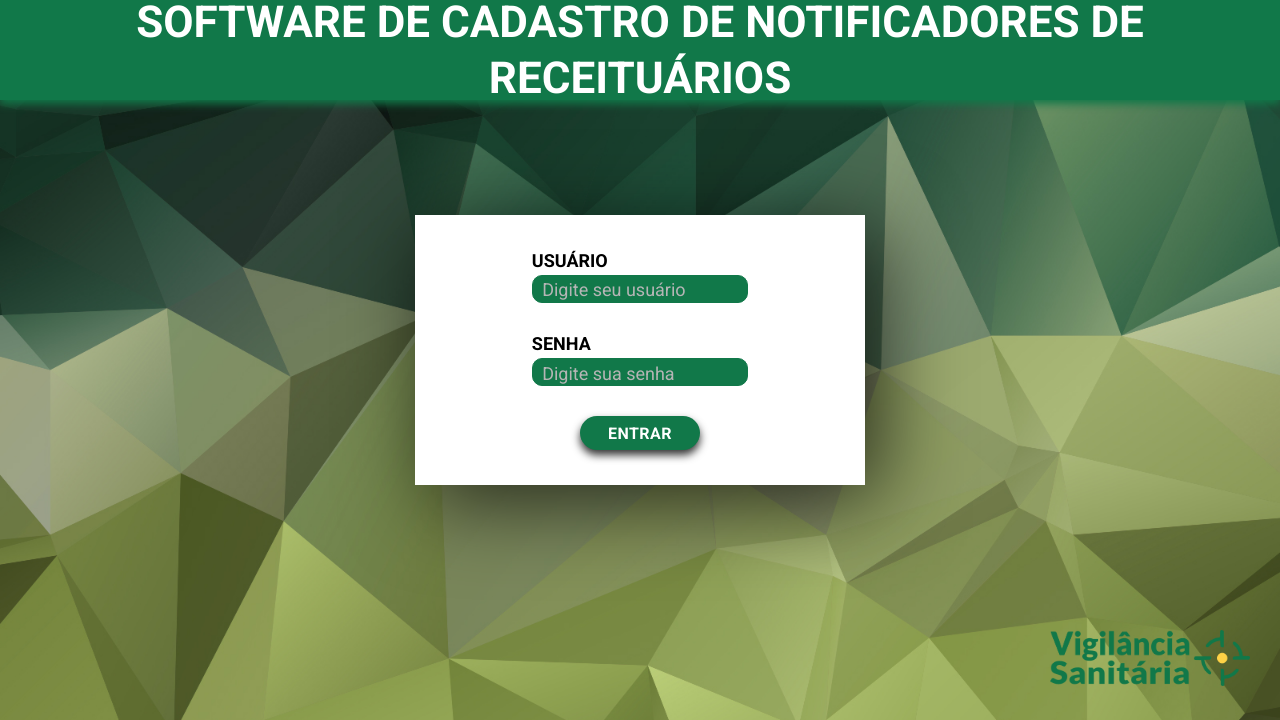
Repository: milena-rosa/web-prescription-notifier
Page: /
These files come from the project's save history. The page is drawn as it stood at one moment and after the next save; the edit follows.
The browser window is 1280 px wide. The pictures show the whole page.
The project was rebuilt for these pictures with package versions that can differ from the ones it lists, and the page was loaded fresh each time. Also part of the build but not shown: src/pages/Home/styles.ts, src/pages/Home/index.tsx.

Above is the page before, as saved 2021-11-07 13:29:45.

### public/index.html
<!DOCTYPE html>
<html lang="en">

<head>
  <meta charset="utf-8" />
  <link rel="preconnect" href="https://fonts.googleapis.com">
  <link rel="preconnect" href="https://fonts.gstatic.com" crossorigin>
  <link href="https://fonts.googleapis.com/css2?family=Roboto:wght@400;700&display=swap" rel="stylesheet">
  <!-- <link rel="icon" href="%PUBLIC_URL%/favicon.ico" /> -->
  <meta name="viewport" content="width=device-width, initial-scale=1" />
  <meta name="theme-color" content="#000000" />
  <title>Cadastro de Notificadores de Receituários</title>
</head>

<body>
  <noscript>You need to enable JavaScript to run this app.</noscript>
  <div id="root"></div>
</body>

</html>

### src/index.tsx
import React from 'react'
import ReactDOM from 'react-dom'

import { App } from './App'

ReactDOM.render(
  <React.StrictMode>
    <App />
  </React.StrictMode>,
  document.getElementById('root')
)

### src/App.tsx
import React from 'react'
import { BrowserRouter as Router } from 'react-router-dom'

import { Routes } from './routes'
import { GlobalStyle } from './styles/global'

export function App() {
  return (
    <Router>
      <Routes />
      <GlobalStyle />
    </Router>
  )
}

### src/routes/index.tsx
import React from 'react'
import { Switch } from 'react-router-dom'

import { Home } from '../pages/Home'
import { SignIn } from '../pages/SignIn'
import { Route } from './Route'

// import { useAuth } from '../hooks/useAuth'

export function Routes() {
  // const { loading } = useAuth()

  // if (loading) {
  //   return <h1>Abrindo...</h1>
  // }

  return (
    <Switch>
      <Route path="/" exact component={SignIn} />
      <Route path="/home" exact component={Home} isPrivate />
    </Switch>
  )
}

### src/styles/global.ts
import { createGlobalStyle } from 'styled-components'

export const GlobalStyle = createGlobalStyle`
  :root {
    --black: #000000;
    --gray: #b5b5b5;
    --white: #ffffff;

    --green-primary: #117849;
    --green-primary-70: rgba(17, 120, 73, 0.7);
    --green-primary-30: rgba(17, 120, 73, 0.3);
    --green-primary-15: rgba(17, 120, 73, 0.15);
    --green-primary-5: rgba(17, 120, 73, 0.05);

    --light-green: #dbebe4;
    --brownish-green: #51665c;

    --red: #ff0000;
    --yellow: #f6ff8f;
  }

  * {
    box-sizing: border-box;
    margin: 0;
    padding: 0;
  }

  html {
    @media (max-width: 1080px) {
      font-size: 93.75%; // 15px
    }

    @media (max-width: 720px) {
      font-size: 87.5%; // 14px
    }
  }

  body {
    background: var(--white);
    color: var(--black);
    -webkit-font-smoothing: antialiased;
  }

  body, input, textarea, button, select {
    font-family: 'Roboto', sans-serif;
    font-weight: 400;
  }

  button {
    border: none;
    cursor: pointer;
  }

  .react-modal-overlay {
    align-items: center;
    background: rgba(0, 0, 0, 0.5);
    bottom: 0;
    display: flex;
    justify-content: center;
    left: 0;
    position: fixed;
    right: 0;
    top: 0;
    z-index: 11;
  }

  .react-modal-content {
    background: var(--white);
    border-radius: 0.25rem;
    min-height: 2.4rem;
    max-width: 41rem;
    position: relative;
    z-index: 12;
  }

  .react-modal-close {
    background: transparent;
    border: 0;
    position: absolute;
    right: 1rem;
    top: 1rem;
    transition: filter 0.2s;

    &:hover {
      filter: brightness(0.8);
    }
  }
`

### src/pages/SignIn/index.tsx
import React from 'react'

import logo from '../../assets/logo.png'
import { Button } from '../../components/Button'
import { Input } from '../../components/Input'
import { useForm } from '../../hooks/useForm'
import { Container } from './styles'

interface SignInFormValues {
  user: string
  password: string
}

export const SignIn: React.FC = () => {
  const {
    data: { user, password },
    handleChange,
    errors
  } = useForm<SignInFormValues>({
    initialValues: { user: '', password: '' },
    onSubmit: (event) => console.log(event),
    validations: {
      user: { required: { value: true, message: 'Preencha o campo obrigatório.' } },
      password: { required: { value: true, message: 'Preencha o campo obrigatório.' } }
    }
  })

  return (
    <Container>
      <header>Software de Cadastro de Notificadores de Receituários</header>
      <div>
        <Input
          name="user"
          label="Usuário"
          type="text"
          placeholder="Digite seu usuário"
          value={user}
          onChange={handleChange('user')}
          errors={errors.user}
          containerStyle={{ marginBottom: '1.875rem' }}
        />
        <Input
          name="password"
          label="Senha"
          type="password"
          placeholder="Digite sua senha"
          value={password}
          onChange={handleChange('password')}
          errors={errors.password}
          containerStyle={{ marginBottom: '1.875rem' }}
        />
        <Button>Entrar</Button>
      </div>
      <footer>
        <img src={logo} alt="Vigilância Sanitária" />
      </footer>
    </Container>
  )
}

### src/routes/Route.tsx
import React, { ComponentType } from 'react'
import { RouteProps as ReactDOMRouteProps, Route as ReactDOMRoute, Redirect } from 'react-router-dom'

interface IRouteProps extends ReactDOMRouteProps {
  isPrivate?: boolean
  component: ComponentType
}

export function Route({ isPrivate = false, component: Component, ...rest }: IRouteProps) {
  const isSigned = false

  return (
    <ReactDOMRoute
      {...rest}
      render={({ location }) =>
        (isPrivate && isSigned) || (!isPrivate && !isSigned) ? (
          <Component />
        ) : (
          <Redirect
            to={{
              pathname: isPrivate ? '/' : '/home',
              state: { from: location }
            }}
          />
        )
      }
    />
  )
}

### src/components/Button/index.tsx
import React, { ButtonHTMLAttributes } from 'react'

import { Container } from './styles'

interface ButtonProps extends ButtonHTMLAttributes<HTMLButtonElement> {
  buttonStyle?: object
}

export function Button({ children, buttonStyle = {}, ...rest }: ButtonProps) {
  return (
    <Container style={buttonStyle} {...rest}>
      {children}
    </Container>
  )
}

### src/components/Input/index.tsx
import React, { InputHTMLAttributes, useCallback, useState } from 'react'

import { Container, InputInformationContainer, Error, InputContainer } from './styles'

interface InputProps extends InputHTMLAttributes<HTMLInputElement> {
  name: string
  label?: string
  errors?: string
  containerStyle?: object
  inputStyle?: object
}

export const Input = ({
  name,
  label,
  containerStyle = {},
  inputStyle = {},
  errors,
  value,
  onBlur,
  disabled = false,
  ...rest
}: InputProps) => {
  const [isFocused, setIsFocused] = useState(false)

  const handleInputFocus = useCallback(() => {
    setIsFocused(true)
  }, [])

  const handleInputBlur = useCallback(
    (event: React.FocusEvent<HTMLInputElement>) => {
      if (onBlur) {
        onBlur(event)
      }
      setIsFocused(false)
    },
    [onBlur]
  )

  return (
    <Container>
      <InputInformationContainer>{!!label && <label htmlFor={name}>{label}</label>}</InputInformationContainer>
      <InputContainer style={containerStyle} isFocused={isFocused} isInvalid={!!errors} disabled={disabled}>
        <input
          {...rest}
          value={value || ''}
          id={name}
          name={name}
          onFocus={handleInputFocus}
          onBlur={handleInputBlur}
          style={inputStyle}
        />
      </InputContainer>
      {!!errors && <Error>{errors}</Error>}
    </Container>
  )
}

### src/hooks/useForm.ts
import { ChangeEvent, FormEvent, useState } from 'react'

interface Validation {
  required?: {
    value: boolean
    message: string
  }
  pattern?: {
    value: string
    message: string
  }
  custom?: {
    isValid: (value: any) => boolean
    message: string
  }
}

type Validations<T extends {}> = Partial<Record<keyof T, Validation>>
type ErrorRecord<T> = Partial<Record<keyof T, string>>

export type FormOptions<T extends {}> = {
  validations?: Validations<T>
  initialValues?: Partial<T>
  onSubmit?: (event?: any) => void
}

export type FormReturn<T extends {}> = {
  data: T
  handleChange: <S extends unknown>(
    key: keyof T,
    sanitizeFn?: ((value: string) => S) | undefined
  ) => (event: ChangeEvent<HTMLInputElement & HTMLSelectElement & HTMLTextAreaElement>) => void
  handleSubmit: (event: FormEvent<HTMLFormElement>) => Promise<void>
  reset: () => void
  setValue: (key: keyof T, value: any) => void
  errors: Partial<Record<keyof T, string>>
}

export const useForm = <T extends Record<keyof T, any>>(options?: FormOptions<T>) => {
  const [data, setData] = useState<T>((options?.initialValues || {}) as T)
  const [errors, setErrors] = useState<ErrorRecord<T>>({})

  const handleChange =
    <S extends unknown>(key: keyof T, sanitizeFn?: (value: string) => S) =>
    (event: ChangeEvent<HTMLInputElement & HTMLSelectElement & HTMLTextAreaElement>) => {
      const value =
        event.target.type === 'checkbox'
          ? event.target.checked
          : sanitizeFn
          ? sanitizeFn(event.target.value)
          : event.target.value

      setData({
        ...data,
        [key]: value
      })
    }

  const handleSubmit = async (event: FormEvent<HTMLFormElement>) => {
    event?.preventDefault()

    const validations = options?.validations
    if (validations) {
      let valid = true
      const newErrors: Partial<Record<keyof T, string>> = {}

      for (const key in validations) {
        const value = data[key]
        const validation = validations[key]

        if (validation?.required?.value && !value) {
          valid = false
          newErrors[key] = validation?.required?.message
        }

        const pattern = validation?.pattern
        if (pattern?.value && !RegExp(pattern.value).test(value)) {
          valid = false
          newErrors[key] = pattern.message
        }

        const custom = validation?.custom
        if (custom?.isValid && !custom.isValid(value)) {
          valid = false
          newErrors[key] = custom.message
        }
      }

      if (!valid) {
        setErrors(newErrors)
        return
      }
    }

    setErrors({})

    if (options?.onSubmit) {
      options.onSubmit()
    }
  }

  const reset = () => {
    setData({} as T)
    setErrors({})
  }

  const setValue = (key: keyof T, value: any) => {
    setData({
      ...data,
      [key]: value
    })
  }

  return {
    data,
    handleChange,
    handleSubmit,
    reset,
    setValue,
    errors
  }
}

### src/pages/SignIn/styles.ts
import styled from 'styled-components'

import backgroundImg from '../../assets/background.png'

export const Container = styled.div`
  align-items: center;
  background: url(${backgroundImg}) no-repeat center center fixed;
  background-size: cover;
  bottom: 0;
  display: flex;
  flex-direction: column;
  justify-content: space-between;
  left: 0;
  position: fixed;
  right: 0;
  top: 0;
  z-index: 11;

  header {
    align-items: center;
    background: var(--green-primary);
    color: var(--white);
    display: flex;
    filter: drop-shadow(0px 4px 4px var(--green-primary));
    font-weight: bold;
    font-size: 2.75rem;
    height: 6.25rem;
    justify-content: center;
    line-height: 3.5rem;
    text-align: center;
    text-transform: uppercase;
    width: 100%;
  }

  > div {
    align-items: center;
    background-color: var(--white);
    display: flex;
    filter: drop-shadow(15px 15px 42px rgba(0, 0, 0, 0.7));
    flex-direction: column;
    height: 16.875rem;
    padding: 2.1875rem 4.6875rem;
    width: 28.125rem;
  }

  footer {
    /* background: lime; */
    align-self: flex-end;

    > img {
      margin: 1.875rem;
      width: 12.5rem;
    }
  }
`

### src/components/Button/styles.ts
import styled from 'styled-components'

export const Container = styled.button`
  align-items: center;
  background: var(--green-primary);
  border: 0;
  border-radius: 3.125rem;
  box-shadow: 0px 5px 8px rgba(0, 0, 0, 0.8);
  color: var(--white);
  display: flex;
  font-weight: bold;
  font-size: 1rem;
  height: 2.5rem;
  justify-content: center;
  letter-spacing: 0.03em;
  line-height: 1.1875rem;
  min-width: 7.5rem;
  text-align: center;
  text-transform: uppercase;

  &:disabled {
    background: var(--gray-20);
    box-shadow: 0 6px 12px rgba(51, 51, 51, 0.25);
    color: var(--gray-40);
  }

  &:hover {
    transform: translate(1px, 1px);
  }
`

### src/components/Input/styles.ts
import styled, { css } from 'styled-components'

export const Container = styled.div`
  display: flex;
  flex-direction: column;
`

interface InputContainerProps {
  isFocused: boolean
  isInvalid: boolean
  disabled: boolean
}

export const InputContainer = styled.div<InputContainerProps>`
  background: ${(props) => (props.disabled ? 'var(--gray-20)' : 'var(--green-primary)')};
  border: 1px solid ${(props) => (props.disabled ? 'transparent' : 'var(--green-primary)')};
  border-radius: 0.625rem;
  color: ${(props) => (props.disabled ? 'var(--gray-60)' : 'var(--black)')};
  height: 1.76rem;
  position: relative;

  ${(props) =>
    props.isFocused &&
    css`
      border-color: var(--blue-primary);
    `}

  ${(props) =>
    props.isInvalid &&
    css`
      border-color: var(--orange);
    `}

  input {
    background: transparent;
    border: 0;
    font-size: 1.125rem;
    line-height: 1.3125rem;
    height: 100%;
    min-height: 1.76rem;
    outline: 0;
    padding-left: 0.58rem;
    width: 100%;

    &::placeholder {
      color: var(--gray);
    }
  }
`

export const InputInformationContainer = styled.div`
  align-items: baseline;
  display: flex;
  justify-content: space-between;

  label {
    color: var(--black);
    display: block;
    font-size: 1.125rem;
    font-weight: bold;
    line-height: 1.3125rem;
    text-transform: uppercase;
    margin-bottom: 0.25rem;
  }
`

export const Error = styled.p`
  color: var(--orange);
  font-size: 1rem;
  line-height: 1.25rem;
  margin-top: 0.5rem;
`

After the next save:
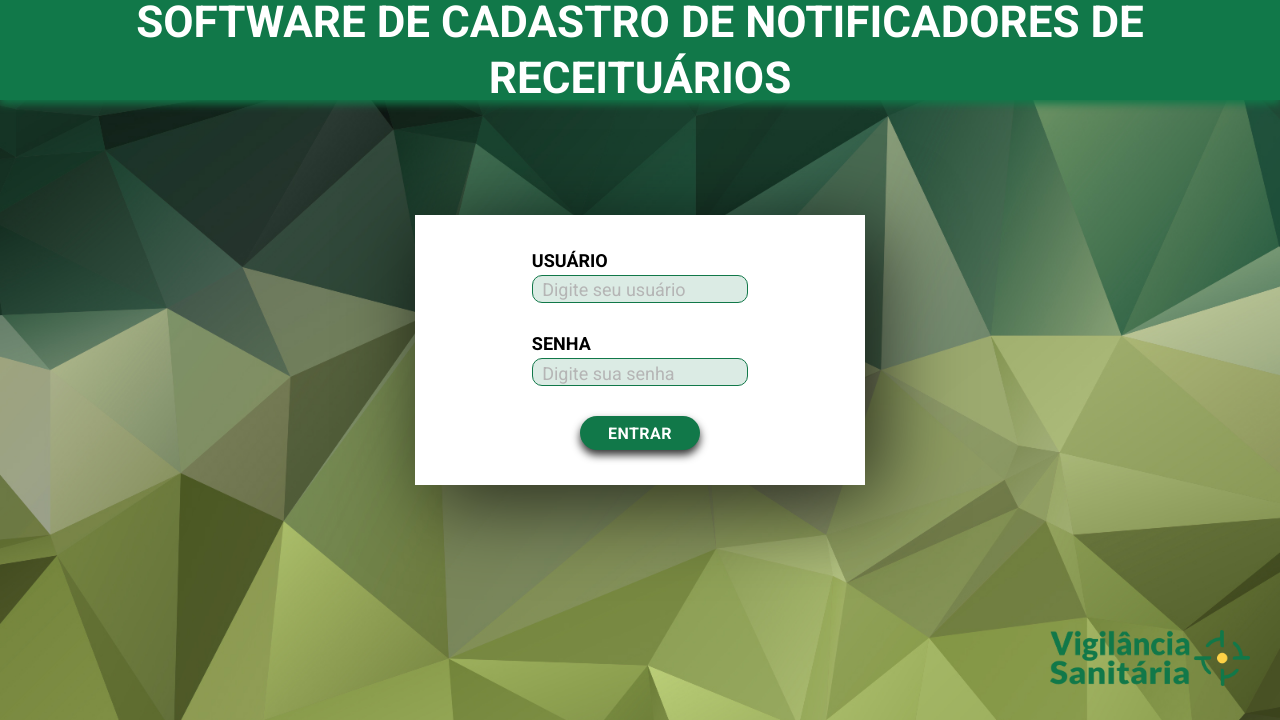
Saved 7 s later.
--- a/src/components/Input/styles.ts
+++ b/src/components/Input/styles.ts
@@ -12,7 +12,7 @@
 }
 
 export const InputContainer = styled.div<InputContainerProps>`
-  background: ${(props) => (props.disabled ? 'var(--gray-20)' : 'var(--green-primary)')};
+  background: ${(props) => (props.disabled ? 'var(--gray-20)' : 'var(--green-primary-15)')};
   border: 1px solid ${(props) => (props.disabled ? 'transparent' : 'var(--green-primary)')};
   border-radius: 0.625rem;
   color: ${(props) => (props.disabled ? 'var(--gray-60)' : 'var(--black)')};
